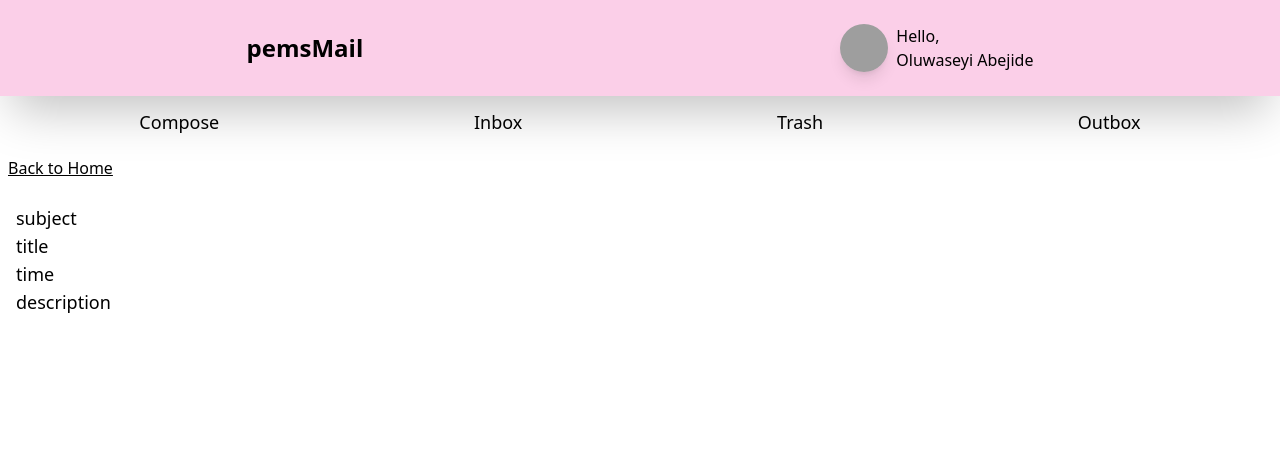
Repository: Semanmernstack/mailclone
Page: /mail
These files come from the project's save history. The page is drawn as it stood at one moment and after a run of saves; the edit follows.
The browser window is 1280 px wide. The pictures show the whole page.
Pictures or frames that could not be fetched are drawn as grey boxes. The project was rebuilt for these pictures with package versions that can differ from the ones it lists, and the page was loaded fresh each time. Also part of the build but not shown: src/features/counter/Counter.module.css, src/features/counter/Counter.js, src/OpenRow.js, src/Open.js.

Above is the page before, as saved 2023-01-16 03:30:04.

After the next 2 saves:
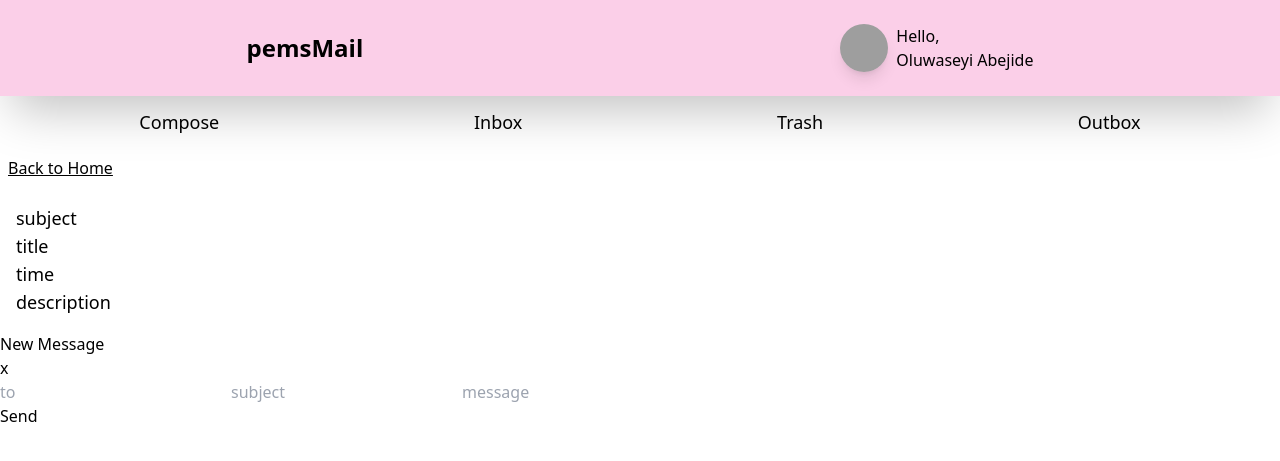
The 2 saves are shown as one change because 1 did not build or start.
The last was saved 5 min 56 s later.
--- a/src/App.js
+++ b/src/App.js
@@ -10,6 +10,7 @@ import {
 import Open from './Open';
 import Topbar from './Topbar';
 import Mail from './Mail';
+import SendMail from './SendMail';
 
 
 function App() {
@@ -24,7 +25,9 @@ function App() {
         <Route exact path="mail" element={<Mail/>} />
           <Route exact path="/" element={<Open/>} />
         </Routes>
+        <SendMail/>
       </BrowserRouter>
+
     </div>
   );
 }
--- a/src/SendMail.js
+++ b/src/SendMail.js
@@ -3,6 +3,7 @@ import { useForm } from "react-hook-form";
 
 function SendMail() {
     const { register, handleSubmit, formState: { errors } } = useForm();
+    const onSubmit = (formData) => {}
   return (
     <div className="">
             <div className="">
